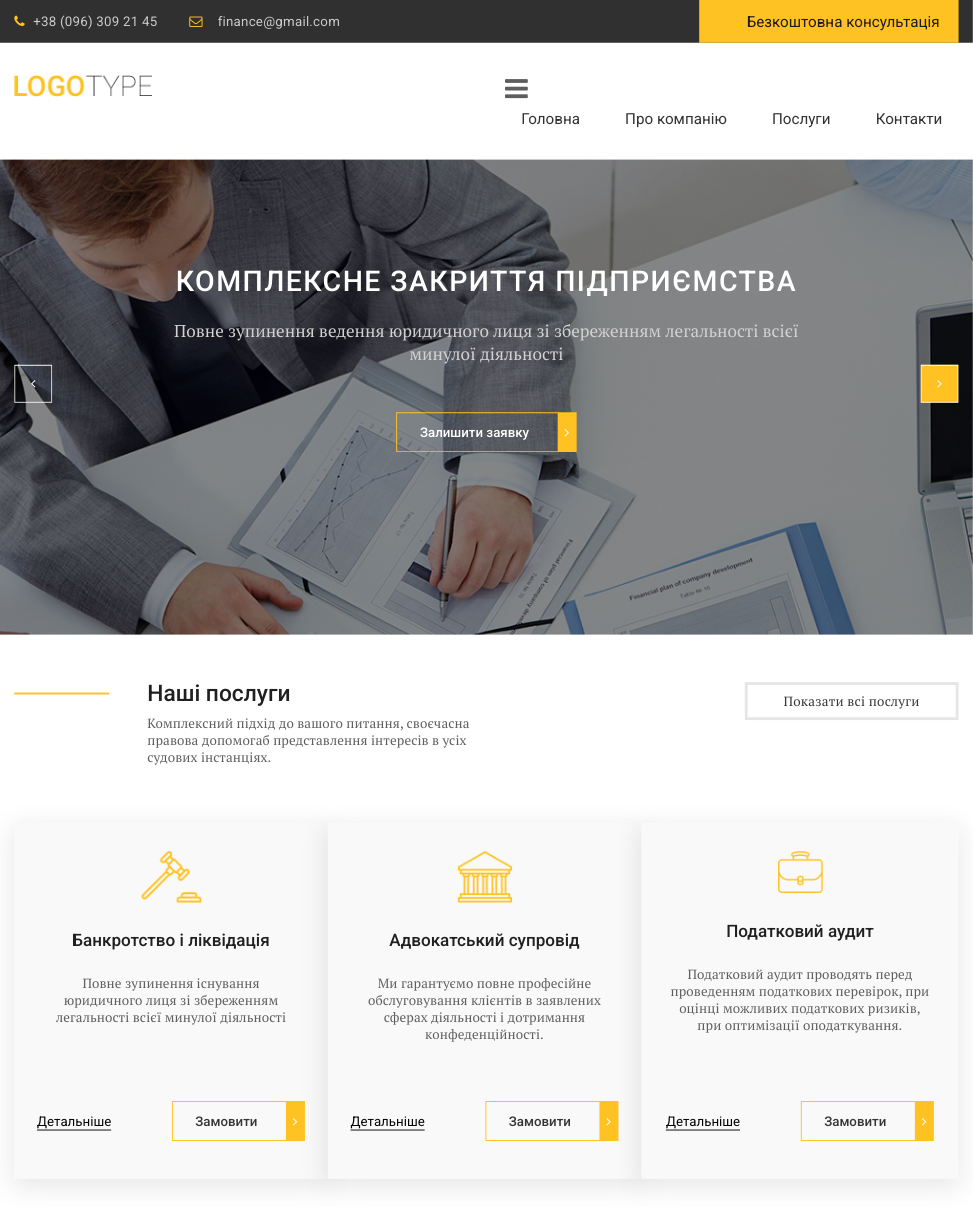
Repository: oliachipko/companysait
Page: index.html
These files come from the project's save history. The page is drawn as it stood at one moment and after the next save; the edit follows.
The browser window is 1024 px wide. The pictures show the whole page, at 95% of full size.

Above is the page before, as saved 2020-11-24 01:30:12.

### index.html
<!DOCTYPE html>
<html lang="en">
  <head>
    <meta charset="UTF-8" />
    <meta name="viewport" content="width=device-width, initial-scale=1.0" />
    <title>Document</title>
    <link rel="preconnect" href="https://fonts.gstatic.com" />
    <link href="https://fonts.googleapis.com/css2?family=PT+Serif:wght@400;700&family=Roboto:wght@400;500;700&display=swap"
      rel="stylesheet"/>
    <link rel="stylesheet" href="css/normalize.css" />
    <link rel="stylesheet" href="css/fonts.css" />
    <link rel="stylesheet" href="css/jquery.fancybox.min.css" />
    <link rel="stylesheet" href="css/slick.css" />
    <link rel="stylesheet" href="css/jquery.formstyler.css">
    <link rel="stylesheet" href="css/style.css" />
    <link rel="stylesheet" href="css/media.css"/>
  </head>
  <body>
    <header class="header">
      <div class="header__top">
        <div class="container">
          <div class="header__contacts">
            <a class="header__phone" href="tel:380963092145">+38 (096) 309 21 45</a>
            <a class="header__email" href="#">finance@gmail.com</a>
            <a data-fancybox data-src="#modal" href="javascript:;" href="#" class="header__btn">
              Безкоштовна консультація
            </a>
          </div>
        </div>
      </div>
      <div class="header__content">
        <div class="container">
          <div class="header__content-inner">
            <div class="header__logo">
              <a href="#">
                <img src="img/logo.png" alt="" />
              </a>
            </div>
            <nav class="menu">
              <div class="header__btn-menu">
                <span class="icon-bars">

                </span>
              </div>
              <ul>
                <li><a href="#">Головна</a></li>
                <li><a href="#">Про компанію</a></li>
                <li><a href="#">Послуги</a></li>
                <li><a href="#">Контакти</a></li>
              </ul>
            </nav>
          </div>
        </div>
      </div>
    </header>
    <section class="slider">
      <div class="container">
        <div class="slider__inner">
          <div class="slider__item">
            <div class="slider__item-content">
              <div class="slider__title">КОМПЛЕКСНЕ ЗАКРИТТЯ ПІДПРИЄМСТВА</div>
              <div class="slider__text">
                Повне зупинення ведення юридичного лиця зі збереженням
                легальності всієї минулої діяльності
              </div>
              <a data-fancybox data-src="#modal" href="javascript:;" class="slider__btn default-btn">
                Залишити заявку
              </a>
            </div>
          </div>

          <div class="slider__item">
            <div class="slider__item-content">
              <div class="slider__title">КОМПЛЕКСНЕ ЗАКРИТТЯ ПІДПРИЄМСТВА</div>
              <div class="slider__text">
                Повне зупинення ведення юридичного лиця зі збереженням
                легальності всієї минулої діяльності
              </div>
              <a data-fancybox data-src="#modal" href="javascript:;" class="slider__btn default-btn">
                Залишити заявку
              </a>
            </div>
          </div>

          <div class="slider__item">
            <div class="slider__item-content">
              <div class="slider__title">КОМПЛЕКСНЕ ЗАКРИТТЯ ПІДПРИЄМСТВА</div>
              <div class="slider__text">
                Повне зупинення ведення юридичного лиця зі збереженням
                легальності всієї минулої діяльності
              </div>
              <a data-fancybox data-src="#modal" href="javascript:;"class="slider__btn default-btn">
                Залишити заявку
              </a>
            </div>
          </div>
        </div>
      </div>
    </section>


    <section class="services">
      <div class="container">
        <div class="services__top">
          <div class="services__title-box">
            <div class="services__title">Наші послуги</div>
            <div class="services__text">
              Комплексний підхід до вашого питання, своєчасна правова допомогаб
              представлення інтересів в усіх судових інстанціях.
            </div>
          </div>
          <div class="services__btn">
          <a href="" class="services__btn"> Показати всі послуги </a>
        </div>
      </div>
      <div class="services__items">
        <div class="services__item">
          <img src="img/about-1.png" alt="">
          <div class="services__item-title">
            Банкротство і ліквідація
          </div>
          <div class="services__item-text">
            Повне зупинення існування юридичного лиця зі збереженням легальності всієї
            минулої діяльності
          </div>
          <div class="services__item-btn">
            <a class="services__item-link" href="#">Детальніше</a>
            <a data-fancybox data-src="#modal" href="javascript:;" class="default-btn">
                Замовити
            </a>
          </div>
        </div>

        <div class="services__item">
          <img src="img/about-2.png" alt="">
          <div class="services__item-title">
            Адвокатський супровід
          </div>
          <div class="services__item-text">
            Ми гарантуємо повне професійне обслуговування клієнтів в заявлених сферах
            діяльності і дотримання конфеденційності.
          </div>
          <div class="services__item-btn">
            <a class="services__item-link" href="#">Детальніше</a>
            <a data-fancybox data-src="#modal" href="javascript:;" class="default-btn">
                Замовити
            </a>
          </div>
        </div>

        <div class="services__item">
          <img src="img/about-3.png" alt="">
          <div class="services__item-title">
            Податковий аудит
          </div>
          <div class="services__item-text">
            Податковий аудит проводять перед проведенням податкових перевірок, при оцінці можливих
            податкових ризиків, при оптимізації оподаткування.
          </div>
          <div class="services__item-btn">
            <a class="services__item-link" href="#">Детальніше</a>
            <a data-fancybox data-src="#modal" href="javascript:;" class="default-btn">
                Замовити
            </a>
          </div>
        </div>
      </div>
    </section>

    <!--
    <section class="about">
      <div class="container">
        <div class="about__inner">
        <div class="about__title">
          Про компанію
        </div>
        <div class="about__text">
          Компанія спеціалізується на наданні послуг в сфері корпоративного права, податкового
          консалтингу, прдеставлення в судах, ліквідації і банкротства підприємств. На
          сьогоднішний день, колектив компанії обєднує
          високо професійних експертів, що мають
          спеціалізації в окермих областях права.

        </div>
        <a  href="#" class="about__btn default-btn">
          Дізнатись більше
      </a>

      </div>
    </div>
    </section>
    <section class="form">
     <div class="container">
       <div class="form__inner">
         <div class="form__content">
          <div class="form__title-box">
            <div class="form__title">
              Отримати консультацію
            </div>
            <div class="form__text">
              Комплексний підхід до вашого питання, своєчасна правова допомогаб
              представлення інтересів в усіх судових інстанціях.
            </div>
          </div>
          <div class="form__box">
            <form>
              <div class="form__box-inner">
                <div class="form__box-left">
                  <label>
                  E-mail
                    <input type="text">
                  </label>
                  <label>
                  Контактний телефон
                    <input type="text">
                  </label>
                  <label>
                  ПІБ
                    <input type="text">
                  </label>
                  <label>
                    Тема питання
                    <select>
                      <option>-----------</option>
                      <option>-----------</option>
                      <option>-----------</option>
                      <option>-----------</option>
                    </select>
                  </label>

                </div>
                <div class="form__box-right">
                  <label>
                    Повідомлення
                    <textarea></textarea>
                  </label>
                  <button class="default-btn" type="submit">Отримати консультацію</button>
                </div>
              </div>
            </form>
          </div>

         </div>
       </div>
     </div>
    </section>
    <section class="advantages">
      <div class="container">
        <div class="advantages__inner">
          <div class="advantages-item">
            <div class="advantages__title">
              Десятки добровільних ліквідацій щомісячно

            </div>
            <div class="advantages__text">
              Ми вміємо мінімізувати всі ризики в процечі
              добровільної ліквідації юридичних осіб.
            </div>
          </div>
          <div class="advantages-item">
             <div class="advantages__title">
            Відмінне знання законів в сфері банкрутства
            </div>
          <div class="advantages__text">
            Позволяють нам ефективно відстоювати як інтереси кредиторів,
            так і інтереси власників проблемної організації.
          </div>
        </div>
        <div class="advantages-item">
          <div class="advantages__title">
          Великий досвід супровіду банкрутства
        </div>
        <div class="advantages__text">
          Ми володіємо великим досвідом супроводу процедур
          банкрутства підприємств.
        </div>
      </div>
    </div>
    </div>
    </section>
    <section class="news">
      <div class="container">
        <div class="news__top">
          <div class="news__title-box">
            <div class="news__title">Новини компанії</div>
            <div class="news__text">
              Комплексний підхід до вашого питання, своєчасна правова допомога
              представлення інтересів в усіх судових інстанціях.
            </div>
          </div>
          <div class="news__btn">
          <a href="" class="news__btn"> Відкрити всі новини</a>
        </div>
      </div>
      <div class="news__inner">
        <div class="news__slider">
          <div class="news__slider-inner">
            <div class="news__slider-item">
              <div class="news__slider-title">
                Банкрутство і ліквідація підприємств в Україні
                </div>
                <div class="news__slider-text">
                  "На сьогоднішній день, колектив компанії об'єднує високопрофесійних
                  експертів, що мають спеціалізації в окремих областях права. На сьогоднішній день, колектив компанії об'єднує високопрофесійних
                  експертів, що мають спеціалізації в окремих областях права. На сьогоднішній день, колектив компанії об'єднує високопрофесійних
                  експертів, що мають спеціалізації в окремих областях права..."
                </div>
                <div class="news__slider-author">
                  Василь Мирошнів, генеральний директор компанії Lowforu
                </div>
              </div>

              <div class="news__slider-item">
                <div class="news__slider-title">
                  Банкрутство і ліквідація підприємств в Україні
                  </div>
                  <div class="news__slider-text">
                    "На сьогоднішній день, колектив компанії об'єднує високопрофесійних
                    експертів, що мають спеціалізації в окремих областях права. На сьогоднішній день, колектив компанії об'єднує високопрофесійних
                    експертів, що мають спеціалізації в окремих областях права. На сьогоднішній день, колектив компанії об'єднує високопрофесійних
                    експертів, що мають спеціалізації в окремих областях права..."
                  </div>
                  <div class="news__slider-author">
                    Василь Мирошнів, генеральний директор компанії Lowforu
                  </div>
                </div>
                <div class="news__slider-item">
                  <div class="news__slider-title">
                    Банкрутство і ліквідація підприємств в Україні
                    </div>
                    <div class="news__slider-text">
                      "На сьогоднішній день, колектив компанії об'єднує високопрофесійних
                      експертів, що мають спеціалізації в окремих областях права. На сьогоднішній день, колектив компанії об'єднує високопрофесійних
                      експертів, що мають спеціалізації в окремих областях права. На сьогоднішній день, колектив компанії об'єднує високопрофесійних
                      експертів, що мають спеціалізації в окремих областях права..."
                    </div>
                    <div class="news__slider-author">
                      Василь Мирошнів, генеральний директор компанії Lowforu
                    </div>
                  </div>
            </div>
        </div>

          <a href="#" class="news__blog">
            <div class="news__images">
              <img src="img/news-1.jpg" alt="">
              <div class="news__date">03.04</div>
            </div>
            <div class="news__blog-title">
              Новини компанії
            </div>
            <div class="news__blog-text">
              На сьогоднішній день, колектив компанії об'єднує високо професійних
              експертів, що мають спеціалізації в окремих областях права.
            </div>
          </a>

         <a href="#" class="news__blog">
            <div class="news__images">
              <img src="img/news-2.jpg" alt="">
              <div class="news__date">03.04</div>
            </div>
            <div class="news__blog-title">
              Новини компанії
            </div>
            <div class="news__blog-text">
              На сьогоднішній день, колектив компанії об'єднує високо професійних
              експертів, що мають спеціалізації в окремих областях права.
            </div>
          </a>
      </div>
      </div>
    </section>
    <footer class="footer">
      <div class="footer__content">
        <div class="container">
          <div class="footer__inner">
          <div class="footer__info">
            <div class="footer__title">
              Комплексне закриття підприємства
            </div>
            <div class="footer__text">
              Повне припинення існування юридичного лиця зі збереженням
              легальності всієї минулої діяльності.
            </div>
            <a data-fancybox data-src="#modal" href="javascript:;" href="#" class="header__btn">
              Безкоштовна консультація
            </a>
            <ul class="footer__list">
              <li><a class="footer" href="tel:+380954826242">+38 (095) 482 62 42</a></li>
              <li><a href="#">finance@gmail.com</a></li>
              <li><a class="footer__adress" href="#">Ivano-Frankivsk, Franka st., 28 </a></li>
            </ul>
          </div>
          <div class="footer__map">
           <iframe src="https://www.google.com/maps/embed?pb=!1m18!1m12!1m3!1d2621.6529053206646!2d24.714296279972665!3d48.922004879395104!2m3!1f0!2f0!3f0!3m2!1i1024!2i768!4f13.1!3m3!1m2!1s0x4730c16c406ceca7%3A0xd9af989ffe2d1b95!2z0YPQuy4g0JjQstCw0L3QsCDQpNGA0LDQvdC60L4sIDI4LCDQmNCy0LDQvdC-LdCk0YDQsNC90LrQvtCy0YHQuiwg0JjQstCw0L3Qvi3QpNGA0LDQvdC60L7QstGB0LrQsNGPINC-0LHQu9Cw0YHRgtGMLCA3NjAwMA!5e0!3m2!1sru!2sua!4v1606085984050!5m2!1sru!2sua"
            width="630px" height="250px" frameborder="0" style="border:0;" allowfullscreen="" aria-hidden="false" tabindex="0">
          </iframe>

          </div>
          </div>
        </div>
      </div>
      <div class="footer__copy">
        <div class="container">
          <div class="copy__text">
            © 2017 Template by Anastasia Shaposhyk. Всі права захищено.
          </div>
        </div>
      </div>
    </footer>
  -->


    <div id="modal">
     <form>
       <input type="text" placeholder="Ваше ім'я">
       <input type="text" placeholder="Ваше телефон">
       <input type="submit" value="Відправити">
     </form>
    </div>

    <script src="https://ajax.googleapis.com/ajax/libs/jquery/3.5.1/jquery.min.js"></script>
    <script src="js/jquery.fancybox.min.js"></script>
    <script src="js/slick.min.js"></script>
    <script src="js/jquery.formstyler.min.js"></script>
    <script src="js/main.js"></script>
  </body>
</html>

### css/fonts.css
@font-face {
  font-family: 'icomoon';
  src:  url('../fonts/icomoon.eot?nqt5zc');
  src:  url('../fonts/icomoon.eot?nqt5zc#iefix') format('embedded-opentype'),
    url('../fonts/icomoon.ttf?nqt5zc') format('truetype'),
    url('../fonts/icomoon.woff?nqt5zc') format('woff'),
    url('../fonts/icomoon.svg?nqt5zc#icomoon') format('svg');
  font-weight: normal;
  font-style: normal;
  font-display: block;
}

[class^="icon-"], [class*=" icon-"] {
  /* use !important to prevent issues with browser extensions that change fonts */
  font-family: 'icomoon' !important;
  font-style: normal;
  font-weight: normal;
  font-variant: normal;
  text-transform: none;
  line-height: 1;

  /* Better Font Rendering =========== */
  -webkit-font-smoothing: antialiased;
  -moz-osx-font-smoothing: grayscale;
}

.icon-envelope-o:before {
  content: "\f003";
}
.icon-check:before {
  content: "\f00c";
}
.icon-map-marker:before {
  content: "\f041";
}
.icon-phone:before {
  content: "\f095";
}
.icon-briefcase:before {
  content: "\f0b1";
}
.icon-bars:before {
  content: "\f0c9";
}
.icon-navicon:before {
  content: "\f0c9";
}
.icon-reorder:before {
  content: "\f0c9";
}
.icon-angle-left:before {
  content: "\f104";
}
.icon-angle-right:before {
  content: "\f105";
}
.icon-quote-left:before {
  content: "\f10d";
}
.icon-quote-right:before {
  content: "\f10e";
}
.icon-ellipsis-v:before {
  content: "\f142";
}

### css/media.css
@media (max-width: 1156px){
    .services__item{
       max-width: 80%;
       min-width: 330px;
    }
}
@media (max-width: 900px){
    .slider .slick-btn{
        display: none !important;
    }
}
@media (max-width: 700px){
    .header__btn{
        float: none;

    }
    .header__contacts{
        text-align: center;
    }
    .header__btn:before{
        display: none;
    }
    .menu ul{
        display: none;
        position: absolute;
        left: 0;
        right: 0;
        margin-top: 20px;
        z-index: 50;
    }
    .menu li{
        display: block;
        text-align: center;
    }
    .menu a{
        display: block;
        background-color: #ffc222;
        border-top: 1px solid #fff;
        border-bottom: 1px solid #fff;
    }
    .menu li + li{
        padding-left: 0;
    }
}
@media (max-width: 414px){
    .slider__title{
        font-size: 24px;
    }
    .slider__text{
        font-size: 16px;
    }
}
@media (max-width: 400px){
    .header__btn:before{
        display: block;
    }
}
@media (max-width: 375px){
    .header__email{
        padding-right: 30px;
    }
}
.header__btn:before{
    display: none;
}
.header__btn-menu{
    display: block;
}
@media (min-width: 700px){
    .menu ul{
        display: block !important;
    }
}

Loaded but not shown: css/normalize.css (library); css/jquery.fancybox.min.css (library); css/slick.css (common file); css/jquery.formstyler.css (common file); js/jquery.fancybox.min.js (library); js/slick.min.js (library); js/jquery.formstyler.min.js (library); js/main.js (15 lines, source omitted); css/style.css (692 lines, source omitted)

After the next save:
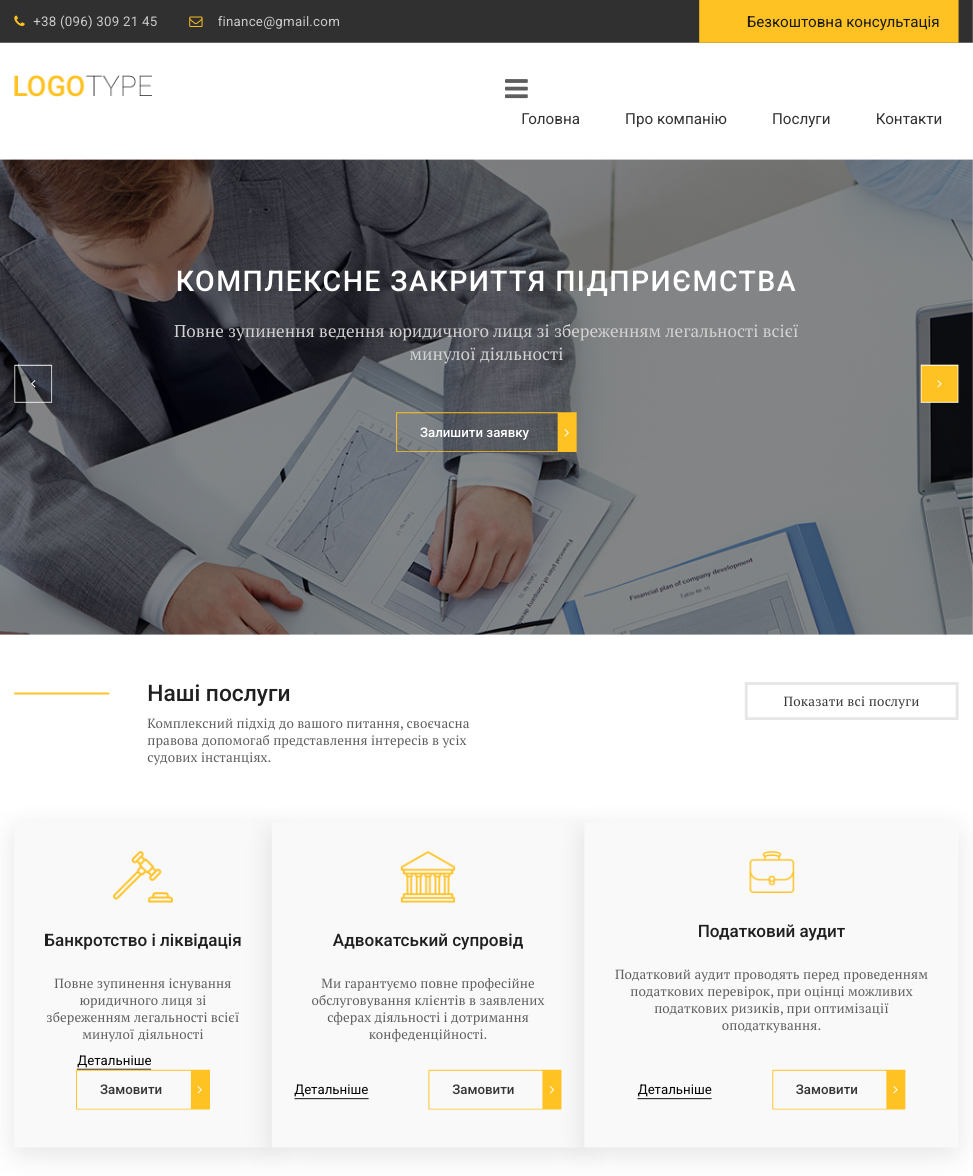
Saved 14 s later.
--- a/css/media.css
+++ b/css/media.css
@@ -1,7 +1,7 @@
 @media (max-width: 1156px){
     .services__item{
        max-width: 80%;
-       min-width: 330px;
+       min-height: 330px;
     }
 }
 @media (max-width: 900px){
